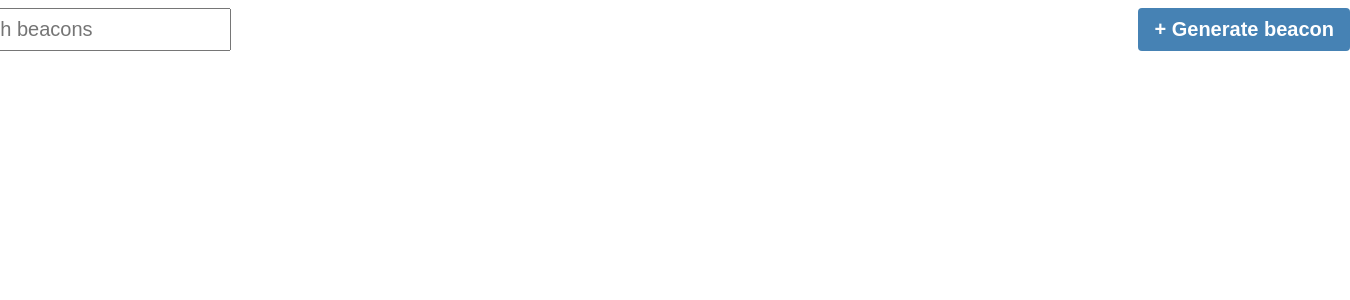
Repository: cszach/simple-web-beacon-frontend
Page: /
The author's editor kept a copy of each file at every save. The page is drawn from the files as they stood at one save, then again after the next save.
The browser window is 1280 px wide. The page is 1350 px wide, then 1280 px, so the pictures cover 1350 px, including what lies to the right of the window. The pictures show the whole page.
The project was rebuilt for these pictures with package versions that can differ from the ones it lists, and the page was loaded fresh each time. Also part of the build but not shown: src/Beacon.js.

Above is the page before, as saved 2022-08-23 01:41:14.

After the next save:
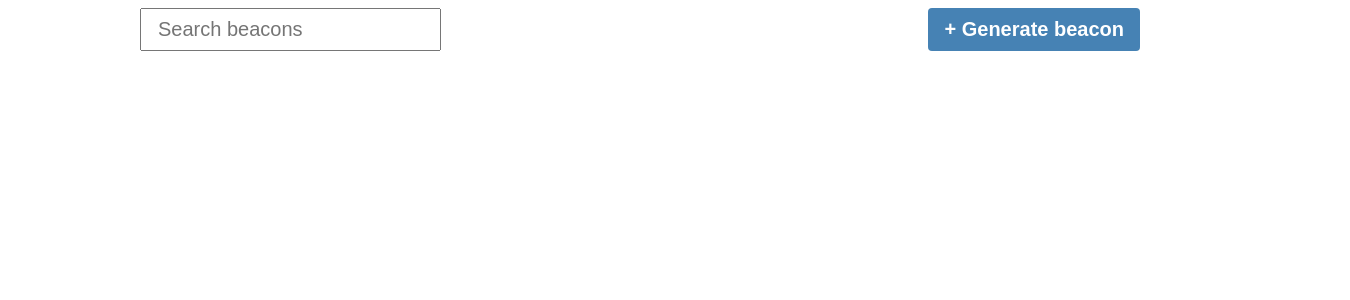
Saved 9 s later.
--- a/src/App.css
+++ b/src/App.css
@@ -5,7 +5,7 @@ body {
 }
 
 .container {
-  width: 1420px;
+  width: 1000px;
 }
 
 .controls {
